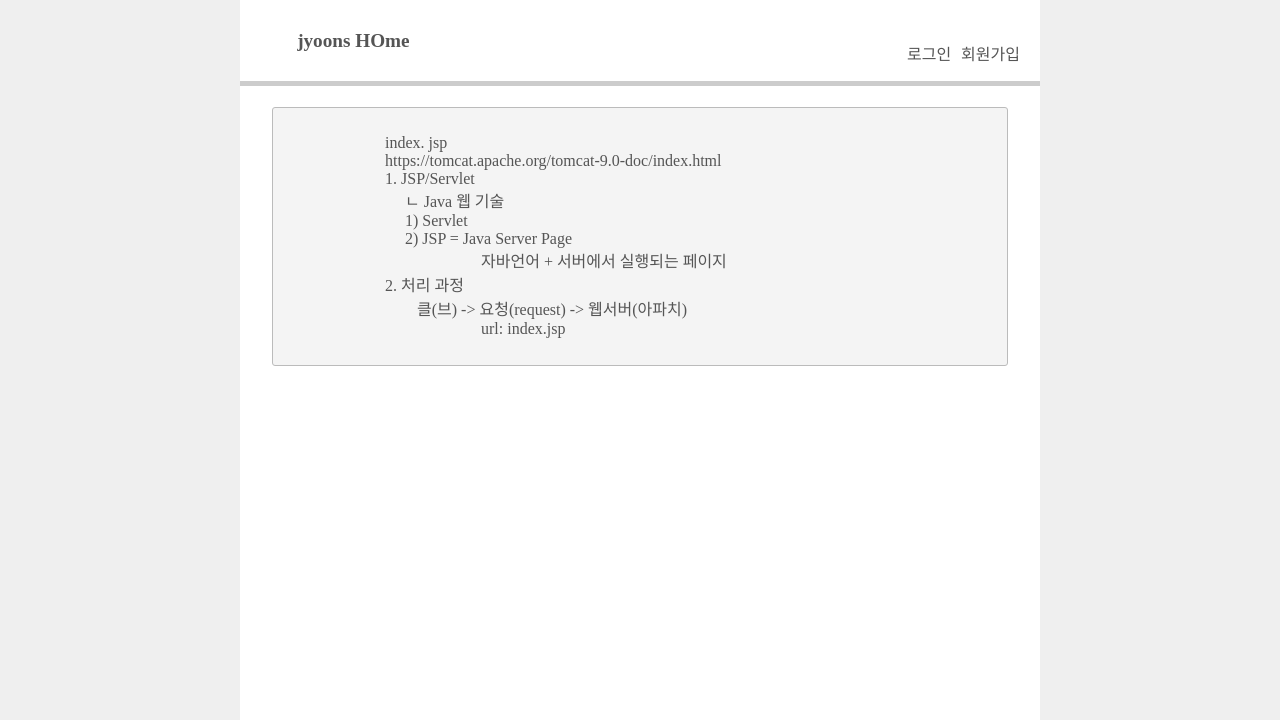
Repository: jyoons00/JSP-sample
Page: http://localhost/jspPro/index.jsp
An editor plug-in stored every save of this project. The page is shown before and after the next save, followed by the edit.
The browser window is 1280 px wide. The pictures show the whole page.
Some web fonts or font styles are not loaded; a fallback is used. The page is served by Tomcat 9. Other server files are loaded and not shown.

Above is the page before, as saved 2024-10-15 01:36:18.

### jspPro/src/main/webapp/index.jsp
<%@ page contentType="text/html; charset=UTF-8" pageEncoding="UTF-8"%>
<!DOCTYPE html>
<html>
  <head>
    <meta charset="UTF-8" />
    <title>Insert title here</title>
    <link
      rel="shortcut icon"
      type="image/x-icon"
      href="http://localhost/jspPro/images/SiSt.ico"
    />
    <script src="https://ajax.googleapis.com/ajax/libs/jquery/3.7.1/jquery.min.js"></script>
    <meta name="viewport" content="width=device-width, initial-scale=1.0" />
    <link
      rel="stylesheet"
      href="http://localhost/jspPro/resources/cdn-main/example.css"
    />
    <script src="http://localhost/jspPro/resources/cdn-main/example.js"></script>
    <style>
      span.material-symbols-outlined {
        vertical-align: text-bottom;
      }
    </style>
  </head>
  <body>
    <header>
      <h1 class="main">
        <a href="#" style="position: absolute; top: 30px">jyoons HOme</a>
      </h1>
      <ul>
        <li><a href="#">로그인</a></li>
        <li><a href="#">회원가입</a></li>
      </ul>
    </header>
    <div>
      <xmp class="code">
   			index. jsp
   			https://tomcat.apache.org/tomcat-9.0-doc/index.html
   			1. JSP/Servlet
   			     ㄴ Java 웹 기술
   			     1) Servlet
   			     2) JSP = Java Server Page
   			     			자바언어 + 서버에서 실행되는 페이지
   			2. 처리 과정
   				클(브) -> 요청(request) -> 웹서버(아파치)
   						url: index.jsp
  	  </xmp>
    </div>

  </body>
</html>

### jspPro/src/main/webapp/resources/cdn-main/example.css
@charset "UTF-8";

@import url('https://fonts.googleapis.com/css2?family=Material+Symbols+Outlined:opsz,wght,FILL,GRAD@20..48,100..700,0..1,-50..200');

@font-face {
    font-family: 'GmarketSansMedium';
    src: url('https://cdn.jsdelivr.net/gh/projectnoonnu/noonfonts_2001@1.1/GmarketSansMedium.woff') format('woff');
    font-weight: normal;
    font-style: normal;
}

:root {
	--text-color: #555;
	--sub-text-color: #777;
	--back-color: #EFEFEF;
	--header-color: #444;
	--primary-color: #DEDEDE;
	--secondary-color: #EFEFEF;
	--default-width: 800px;
	--narrow-width: 500px;
	--wide-width: 1200px;
	--text-font: 'GmarketSansMedium';
	--icon-font: 'Material Symbols Outlined';
	--border-color: #CCC;
}

html, body {
	margin: 0;
	padding: 0;
}

html {
	background-color: var(--back-color);
	display: flex;
	justify-content: center;
	min-height: 100vh;
}

body, body.default {
	width: var(--default-width);
	background-color: white;
	padding-bottom: 120px;
}

body.wide {
	width: var(--wide-width);
}

body.narrow {
	width: var(--narrow-width);
}



body, p, div, span, a, input, select, option, textarea, button, table, th, td, label, fieldset, legend {
	font-family: var(--text-font);
	color: var(--text-color);
}

h1, h2, h3 {
	font-family: var(--text-font);
	color: var(--header-color);
	padding: 0 1rem;
	padding-top: .5rem;
}

div > h1, div > h2, div > h3 {
	padding: 0;
}

body > div, body > main > div {
	padding: 0.3rem 1rem;
}


h1 { font-size: 2rem; border-bottom: 1px solid var(--border-color); }
h1 small { font-size: 1.2rem; color: var(--sub-text-color); }
h2 { font-size: 1.5rem; border-bottom: 1px dashed var(--border-color); }
h2 small { font-size: 1.1rem; color: --sub-text-color; }
h3 { font-size: 1.2rem; }
h3 small { font-size: 1rem; color: --sub-text-color; }



h1.main::before {
	font-family: var(--icon-font);
  	content: '\e666';
  	margin-right: 10px;
  	float: left;
	font-size: 2.5rem;
}

h1.sub::before {
	font-family: var(--icon-font);
  	content: '\ea19';
  	margin-right: 10px;
  	float: left;
	font-size: 2.5rem;
}


h1.page::before {
	font-family: var(--icon-font);
  	content: '\e0e0';
  	margin-right: 10px;
  	float: left;
	font-size: 2.5rem;
}

body > header > ul > li > .active{
	background-color: #FFF;
	color:#F00;
}

body > header {
	display: flex;
	justify-content: space-between;
	border-bottom: 5px solid var(--border-color);
	min-height: 74px;
	background-color: #FFF;
}

body > header.sticky {
	position: sticky;
	top: 0;
	z-index: 98;
}

body > header > h1 {
	font-size: 1.2rem;
	border: 0;
}

body > header.in > h1::before {
	font-family: var(--icon-font);
  	content: '\e332‥';
  	margin-right: 3px;
  	float: left;
	font-size: 2rem;
}


body > header > ul {
	list-style-type: none;
	display: flex;
	align-items: flex-end;
	margin-right: 10px;
}

body > header > ul > li {
	margin-right: 10px;
	cursor: pointer;
}

body > header > ul > li > a {
	cursor: pointer;
}


form {
	display: block;
}

form > div {
	padding: 0.3rem 1rem;
}

div > form > div {
	padding: 0.3rem 0;
}

input, textarea, button, select {
	border: 1px solid #BBB;
	border-radius: 3px;
	outline: none;
	resize: none;
	padding: 7px;
	margin: 0;
}

input[type=text]:read-only, textarea:read-only {
	cursor: not-allowed;
	background-color: #FFF;
}

input[type=text]:disabled, textarea:disabled {
	cursor: not-allowed;
	background-color: #EEE;
}

input[type=text], input[type=password], textarea, button, select {
	/* width: 300px; */
}

textarea {
	display: block;
	height: 100px;
}

input[type=button], input[type=submit], button {
	/* width: inherit; */
}

input.short, textarea.short, button.short, select.short {
	width: 100px;
}

input.long, textarea.long, button.long, select.long {
	width: 350px;
}

.narrow input.long, .narrow textarea.long, .narrow button.long, .narrow select.long {
	width: calc(100% - 20px);
}

input.full, textarea.full, button.full, select.full {
	width: calc(100% - 20px);
}

textarea.short {
	height: 50px;
}

textarea.long {
	height: 100px;
}

textarea.full {
	height: 200px;
}

input, textarea {
	padding-top: 8px;
}

input[type=button], input[type=submit], button {
	padding: 5px 10px;
	background-color: var(--secondary-color);
	cursor: pointer;
	min-height: 36px;
}

input[type=button].primary, input[type=submit].primary, button.primary {
	/* background-color: rgba(100, 149, 237, .2); */
	background-color: var(--primary-color);
}

input[type=button].primary:hover, input[type=submit].primary:hover, button.primary:hover {
	/* background-color: rgba(100, 149, 237, .3); */
	background-color: var(--secondary-color);
}

input[type=button]:hover, input[type=submit]:hover, button:hover {
	background-color: var(--primary-color);
}

button {
	position: relative;
	left: 0;
	top: 0;
	padding-left: 35px;
}

button .material-symbols-outlined {
	position: absolute;
	left: 10px;
	top: 4px;
}

/* k2nik add */
button.login::before {
	font-family: var(--icon-font);
  	content: '\ea77';
	position: absolute;
	left: 11px;
	top: 4px;
	font-size: 1.25rem;
}

/* k2nik logout */
button.logout::before {
	font-family: var(--icon-font);
  	content: '\e9ba';
	position: absolute;
	left: 11px;
	top: 4px;
	font-size: 1.25rem;
}

/* k2nik help */
button.help::before {
	font-family: var(--icon-font);
  	content: '\f1c0';
	position: absolute;
	left: 11px;
	top: 4px;
	font-size: 1.25rem;
}

button.add::before{
	font-family: var(--icon-font);
  	content: '\e746';
	position: absolute;
	left: 11px;
	top: 4px;
	font-size: 1.25rem;
}

button.back::before {
	font-family: var(--icon-font);
  	content: '\e166';
	position: absolute;
	left: 11px;
	top: 4px;
	font-size: 1.25rem;
}

button.list::before {
	font-family: var(--icon-font);
  	content: '\e0ee';
	position: absolute;
	left: 11px;
	top: 4px;
	font-size: 1.25rem;
}


button.del::before {
	font-family: var(--icon-font);
  	content: '\e872';
	position: absolute;
	left: 11px;
	top: 4px;
	font-size: 1.25rem;
}


button.edit::before {
	font-family: var(--icon-font);
  	content: '\e745';
	position: absolute;
	left: 11px;
	top: 4px;
	font-size: 1.25rem;
}


button.login::before {
	font-family: var(--icon-font);
  	content: '\ea77';
	position: absolute;
	left: 11px;
	top: 4px;
	font-size: 1.25rem;
}


button.logout::before {
	font-family: var(--icon-font);
  	content: '\e9ba';
	position: absolute;
	left: 11px;
	top: 4px;
	font-size: 1.25rem;
}


button.in::before {
	font-family: var(--icon-font);
  	content: '\f71a';
	position: absolute;
	left: 11px;
	top: 4px;
	font-size: 1.25rem;
}


button.out::before {
	font-family: var(--icon-font);
  	content: '\f70e';
	position: absolute;
	left: 11px;
	top: 4px;
	font-size: 1.25rem;
}


button.reply::before {
	font-family: var(--icon-font);
  	content: '\e15e';
	position: absolute;
	left: 11px;
	top: 4px;
	font-size: 1.25rem;
}


button.comment::before {
	font-family: var(--icon-font);
  	content: '\e0b9';
	position: absolute;
	left: 11px;
	top: 4px;
	font-size: 1.25rem;
}


button.modal::before {
	font-family: var(--icon-font);
  	content: '\e89e';
	position: absolute;
	left: 11px;
	top: 4px;
	font-size: 1.25rem;
}


button.ok::before {
	font-family: var(--icon-font);
  	content: '\e86c';
	position: absolute;
	left: 11px;
	top: 4px;
	font-size: 1.25rem;
}


button.cancel::before {
	font-family: var(--icon-font);
  	content: '\e5c9';
	position: absolute;
	left: 11px;
	top: 4px;
	font-size: 1.25rem;
}

button.search::before {
	font-family: var(--icon-font);
  	content: '\e8b6';
	position: absolute;
	left: 11px;
	top: 4px;
	font-size: 1.25rem;
}

button.home::before {
	font-family: var(--icon-font);
  	content: '\e88a';
	position: absolute;
	left: 11px;
	top: 4px;
	font-size: 1.25rem;
}


button.sidebar::before {
	font-family: var(--icon-font);
  	content: '\f7e4';
	position: absolute;
	left: 11px;
	top: 4px;
	font-size: 1.25rem;
}


button.sidebar-right::before {
	font-family: var(--icon-font);
  	content: '\f7e5';
	position: absolute;
	left: 11px;
	top: 4px;
	font-size: 1.25rem;
}




button::before {
	font-family: var(--icon-font);
  	content: '\e323';
	position: absolute;
	left: 11px;
	top: 4px;
	font-size: 1.25rem;
}


table {
	border-collapse: collapse;
	margin: 1rem;
	box-sizing: border-box;
	width: calc(100% - 32px);
}

table.content {
	width: auto;
}

div > table {
	margin: 0;
}

table th, table td {
	border: 1px solid var(--border-color);
	padding: 7px;
	font-weight: normal;
}

table th {
	background-color: var(--back-color);
}

table.vertical th {
	width: 150px;
}

table.vertical td {
	width: calc(100% - 182px);
	padding-left: 10px;
}

table.content td, table.content th {
	width: auto;
}

body.narrow table.vertical th {
	width: 100px;
}

body.narrow table.vertical td {
	width: calc(100% - 182px);
}


table + table {
	margin-top: 30px;
}


p {
	padding: 0 1rem;
}

a {
	text-decoration: none;
}

a:hover {
	color: rgba(255, 99, 71, .7);
}

hr {
	border: 0;
	border-top: 1px solid var(--border-color);
	margin: 2rem 0;
}

.message {
	border: 1px solid var(--border-color);
	background-color: #EFEFEF;
	margin: 1rem;
	width: auto;
	padding-top: 10px;
	padding-bottom: 10px;
	font-size: 14px;
}

.message[title]::before {
	content: attr(title);
	display: block;
	border-bottom: 1px solid var(--border-color);
	padding-bottom: 5px;
	margin-bottom: 10px;
	margin-top: 7px;
}

.message.short {
	max-width: 250px;
}

.message.long {
	max-width: 500px;
}

.badge {
	float: right;
	font-size: .8rem;
	margin-top: 2px;
	margin-right: 2px;
	text-shadow: 0 0 7px gray;
}

.badge.left {
	float: none;
	margin-left: 2px;
}

.badge.right {
	float: right;
}

.badge.red {
	border-radius: 50%;
	padding: 2px 5px;
	background-color: rgb(255, 99, 71, .3);
}

.badge.yellow {

	border-radius: 50%;
	padding: 2px 5px;
	background-color: rgb(255, 215, 0, .5);
}

.badge.blue {
	border-radius: 50%;
	padding: 2px 5px;
	background-color: rgb(100, 149, 237, .3);
}

label + label {
	margin-left: 7px;
}

label input[type=checkbox], label input[type=radio] {
	transform: translate(0, 1px);
}

.group {
	display: flex;
}

.modal-content .group {
	margin-bottom: .5rem;
}

.group label {
	border: 1px solid #BBB;
	border-radius: 3px;
	outline: none;
	resize: none;
	padding: 7px 14px;
	margin: 0;
	border-top-right-radius: 0;
	border-bottom-right-radius: 0;
	background-color: #EFEFEF;
	white-space: nowrap;
	font-size: 14px;
}

.group input[type=text] {
	margin-left: -1px;
	border-top-left-radius: 0;
	border-bottom-left-radius: 0;
}

.group select {
	margin-left: -1px;
	border-top-left-radius: 0;
	border-bottom-left-radius: 0;
}

.group input.full[type=text] {
	margin-left: -1px;
	border-top-left-radius: 0;
	border-bottom-left-radius: 0;
	width: 100%;
}

.group input[type=button]:first-child, .group button:first-child {
	border-top-left-radius: 3px;
	border-bottom-left-radius: 3px;
	margin-left: 0px;
}

.group input[type=button], .group button {
	border-radius: 0;
	margin-left: -1px;
}

.group input[type=button]:last-child, .group button:last-child {
	margin-left: -1px;
	border-top-right-radius: 3px;
	border-bottom-right-radius: 3px;
}

.seperate {
	display: flex;
	justify-content: space-between;
}

div.list {
	width: max-content;
	margin: 1rem;
	border: 1px solid #BBB;
	border-radius: 3px;
	padding: 0;
}

div.list.full {
	width: auto;
	display: block;
	margin: 1rem;
	border: 1px solid #BBB;
	border-radius: 3px;
	padding: 0;
}

div.list > div {
	padding: .5rem 1rem;
	margin: 0;
	border-bottom: 1px solid #BBB;
}

div.list > div:last-child {
	border-bottom: 0;
}

pre.code , xmp.code{
	font-family: consols;
	background-color: rgba(150, 150, 150, .1);
	border: 1px solid #BBB;
	border-radius: 3px;
	padding: .5rem 1rem;
	padding-bottom: .6rem;
	margin: 1rem;
}




*[data-modal-window] {
	position: fixed;
	background-color: rgba(0, 0, 0, .3);
	left: 0;
	top: 0;
	display: none;
	justify-content: center;
	align-items: flex-start;
	width: 100%;
	min-height: 100vh;
	z-index: 100;
	opacity: 0;
	transition: 500ms all;
}

*[data-modal-window] .modal-container {
	border-radius: 5px;
	padding: 1rem;
	padding-bottom: .5rem;
	margin-top: -500px;
	opacity: 0;
	width: 500px;
	background-color: #FFF;
	margin-right: 2rem;
	transition: 500ms all;
}

*[data-modal-size=content] .modal-container {
	width: auto;
}

*[data-modal-size=narrow] .modal-container {
	width: 300px;
}

*[data-modal-size=wide] .modal-container {
	width: 760px;
}


*[data-modal-window] .modal-header {
	border-bottom: 1px solid var(--border-color);
	padding: 2px 5px;
}

*[data-modal-window] .modal-content {
	padding: 1rem 5px;
}

*[data-modal-window] .modal-content div:last-child {
	margin-top: 1rem;
	text-align: right;
}



*[data-sidebar-window] {
	position: fixed;
	background-color: #FFF;
	left: 0;
	top: 0;
	display: block;
	width: 300px;
	border-right: 1px solid var(--border-color);
	box-sizing: border-box;
	box-shadow: 0 0 3px var(--back-color);
	min-height: 100vh;
	z-index: 99;
	transform: translate(-300px, 0);
	transition-duration: 500ms;
	transition-property: transform;
}

*[data-sidebar-direction=right] {
	left: auto;
	right: 0;
	transform: translate(300px, 0);
	border-left: 1px solid var(--border-color);
}

*[data-sidebar-size=wide] {
	width: 500px;
	transform: translate(-500px, 0);
}

*[data-sidebar-window] .sidebar-title {
	border-bottom: 1px solid var(--border-color);
	margin-top: 20px;
	margin-bottom: 20px;
	padding-bottom: 5px;
	display: flex;
	justify-content: space-between;
}

*[data-sidebar-window] .sidebar-title span:last-child {
	cursor: pointer;
}


/* K2Nik pagination */
.center {
  text-align: center;
}

.pagination {
  display: inline-block;
}

.pagination a {
  color: black;
  float: left;
  padding: 3px 6px;
  text-decoration: none;
  transition: background-color .3s;
  border: 1px solid #ddd;
  margin: 0 3px;
}

.pagination a.active {
  background-color: #4CAF50;
  color: white;
  border: 1px solid #4CAF50;
}

.pagination a:hover:not(.active) {background-color: #ddd;}

### jspPro/src/main/webapp/resources/cdn-main/example.js

window.onload = () => {

    const list = document.querySelectorAll('input, textarea');

    list.forEach(item => {
        item.setAttribute('autocomplete', 'off');
    });


    const modal_btn_list = document.querySelectorAll('*[data-modal-button]');

    modal_btn_list.forEach(item => {
        item.onclick = function() {

            const name = this.dataset['modalButton'];
            const modal_window = document.querySelector('*[data-modal-window=' + name);

            const container = document.createElement('div');
            container.className = 'modal-container';



            const modal_header = document.createElement('div');
            modal_header.textContent = modal_window.dataset['modalTitle'];
            modal_header.className = 'modal-header';
            container.appendChild(modal_header);

            const modal_content = document.createElement('div');
            modal_content.className = 'modal-content';
            container.appendChild(modal_content);

            Array.from(modal_window.childNodes).forEach(item => {
                modal_content.appendChild(item);
            });

            modal_window.appendChild(container);

            modal_window.style.display = 'flex';

            setTimeout(() => {
                modal_window.style.opacity = 1;
                container.style.marginTop = '20px';
                container.style.opacity = 1;
            }, 50);


            const modal_ok = document.querySelector('*[data-modal-ok=' + name);
            modal_ok.addEventListener('click', function() {
                modal_window.style.opacity = 0;
                container.style.marginTop = '-500px';
                container.style.opacity = 0;

                setTimeout(() => {
                    modal_window.innerHTML = modal_content.innerHTML;
                    modal_window.style.display = 'none';
                }, 500);

            });

            const modal_cancel = document.querySelector('*[data-modal-cancel=' + name);
            modal_cancel.addEventListener('click', function() {

                modal_window.style.opacity = 0;
                container.style.marginTop = '-500px';
                container.style.opacity = 0;

                setTimeout(() => {
                    modal_window.innerHTML = modal_content.innerHTML;
                    modal_window.style.display = 'none';
                }, 500);
            });


        };
    });


    const sidebar_btn_list = document.querySelectorAll('*[data-sidebar-button]');

    sidebar_btn_list.forEach(item => {
        item.onclick = function() {



            const name = this.dataset['sidebarButton'];
            const sidebar_window = document.querySelector('*[data-sidebar-window=' + name);

            if (sidebar_window.style.transform == 'translate(0px, 0px)') return;



            sidebar_window.style.transform = 'translate(0, 0)';

            const sidebar_title = document.createElement('div');
            sidebar_title.className = 'sidebar-title';
            sidebar_title.innerHTML = '<span>' + sidebar_window.dataset['sidebarTitle'] + '</span><span class="material-symbols-outlined">close</span>';

            sidebar_title.children[1].onclick = function() {

                let sign = 1;
                let distance = 300;

                if (sidebar_window.dataset['sidebarDirection'] != 'right') {
                    sign = -1;
                } else {
                    sign = 1;
                }

                if (sidebar_window.dataset['sidebarSize'] != 'wide') {
                    distance = 300;
                } else {
                    distance = 500;
                }

                distance *= sign;

                sidebar_window.style.transform = 'translate(' + distance + 'px, 0)';

                setTimeout(function() {
                    sidebar_window.removeChild(sidebar_window.children[0]);
                }, 500);
            };


            sidebar_window.prepend(sidebar_title);

        }
    });

};

// window.onkeydown = function(event) {

//     if (event.keyCode == 27) {
//         if (document.querySelector('[data-modal-window').style.display == 'flex') {
//             document.querySelector('[data-modal-window').style.display = 'none';
//         }
//     }

// };

After the next save:
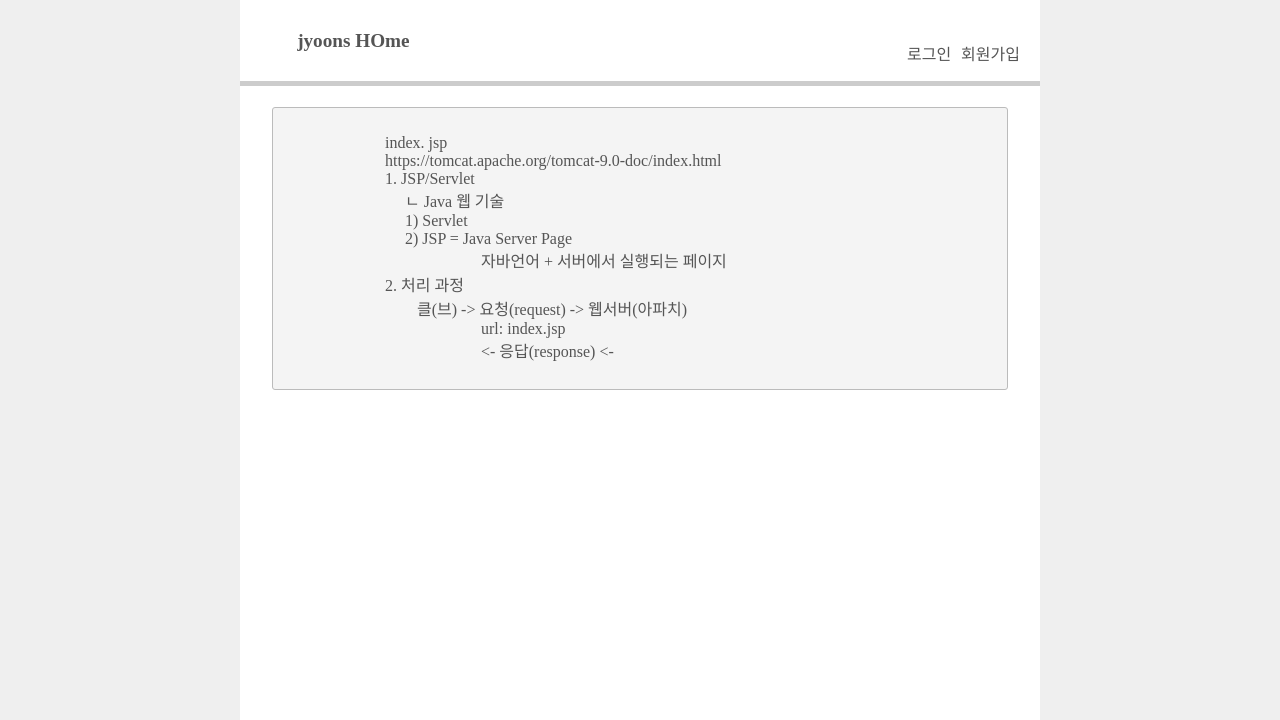
Saved 27 s later.
--- a/jspPro/src/main/webapp/index.jsp
+++ b/jspPro/src/main/webapp/index.jsp
@@ -44,6 +44,7 @@
    			2. 처리 과정
    				클(브) -> 요청(request) -> 웹서버(아파치)
    						url: index.jsp
+   						<- 응답(response) <-
   	  </xmp>
     </div>
 
